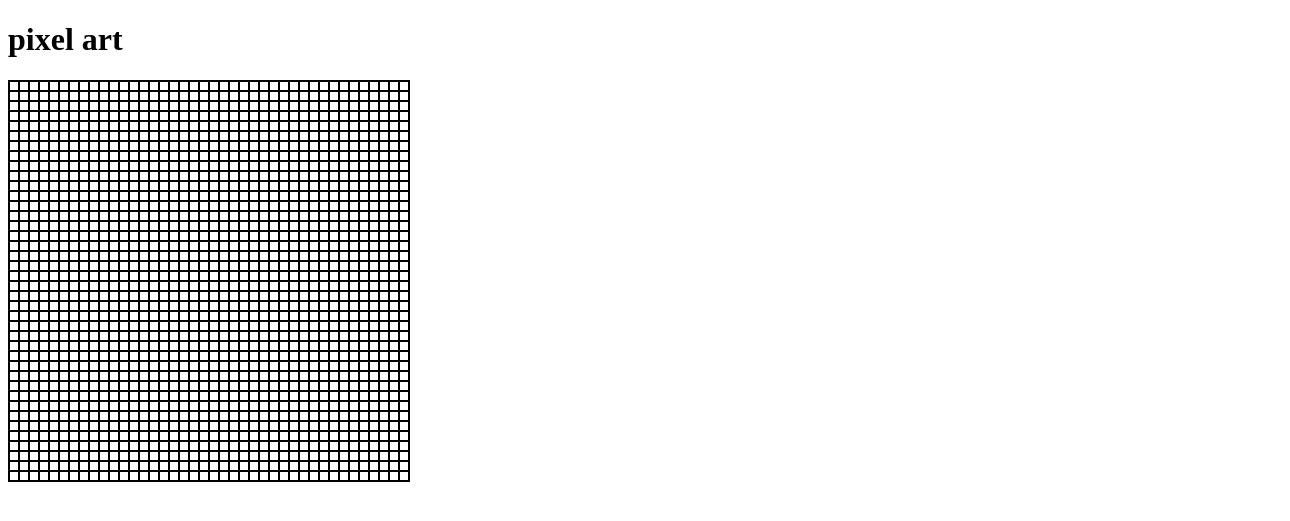
Repository: bechara611/pixelartdb
Page: /
These files come from the project's save history. The page is drawn as it stood at one moment and after the next save; the edit follows.
The browser window is 1280 px wide. The page is 1280 px wide, then 1290 px, so the pictures cover 1290 px, including what lies to the right of the window. The pictures show the whole page.
The project was rebuilt for these pictures with package versions that can differ from the ones it lists, and the page was loaded fresh each time. Also part of the build but not shown: vite.config.js.

Above is the page before, as saved 2023-03-05 20:35:00.

### src/main.jsx
import React from 'react'
import ReactDOM from 'react-dom/client'
import App from './App'


ReactDOM.createRoot(document.getElementById('root')).render(

    <App />

)

### src/App.jsx

import { useEffect, useState } from 'react'
import './App.css'
import { Pixel } from './Pixel'

const App=()=> {
  const [tamano, settamano] = useState({
    t:10,
    h:1,
    w:1
  })
const  [pixels, setPixels] = useState([])

useEffect(() => {
  let contenedor = document.getElementById('contenedor')
console.log(contenedor.offsetHeight)
console.log(contenedor.offsetWidth)
let row = Math.floor(contenedor.offsetHeight/10)
let col = Math.floor(contenedor.offsetWidth/10);
setPixels(Array.from({length:row*col}))
}, [])

const funcionArray=(index)=>{
  let nuevoArray = [...pixels]
  console.log(index)
 console.log(!nuevoArray[index])
}

  return (
    <>
      <h1>pixel art</h1>

      <div className="contenedor" id='contenedor'>
      {
        pixels.map((a,index)=>{
          return <Pixel key={index}
                  funcion={()=>funcionArray(index)}
          ></Pixel>
        })
      }

      </div>
    </>
  )
}

export default App

### src/App.css
.pixel {
  width: 10px;
  height: 10px;
  border: 1px solid black;

  box-sizing: border-box;

}

.active {
  background: green;
}

.contenedor {

  display: flex;
  flex-direction: row;
  flex-wrap: wrap;
  width: 400px;
  height: 400px;
  max-height: 400px;
  min-height: 400px;
  border: 1px solid black;

}

### src/Pixel.jsx
import React, { useState } from 'react'
import './App.css'
import {selectableGroup, createSelectable} from 'react-selectable-fast'
export const Pixel = (props) => {
    const [isActive, setisActive] = useState(false)
  return (

 <div className={`pixel ${props.active ? 'active' : ''}`} style={{ background:props.active ? props.color : ''}}
 onClick={()=>{
    setisActive(!isActive)
    props.funcion();
}}
onMouseDown={()=>{props.onMouseDown()}}
onMouseUp={()=>{props.onMouseUp()}}
onTouchEnd={()=>{props.onMouseUp()}}
onMouseOver={()=>{props.onMouseOver()}}
onTouchStart={()=>{{
    props.onMouseDown()
    props.onMouseOver()}}}
 >

 </div>
  )
}

Loaded but not shown: index.html (common file)

After the next save:
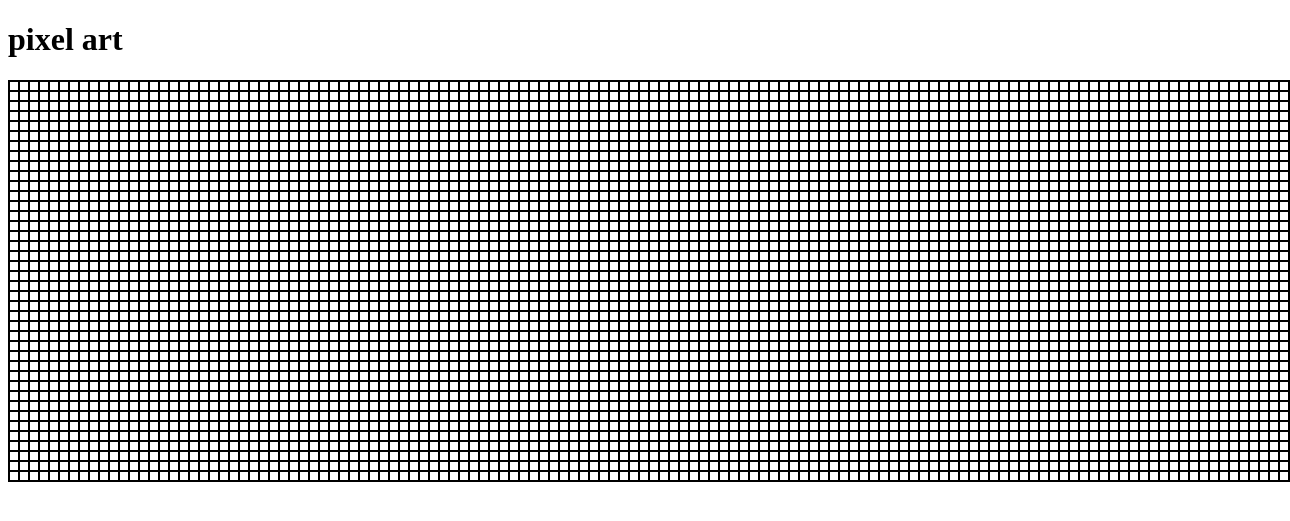
Saved 35 s later.
--- a/src/App.css
+++ b/src/App.css
@@ -16,7 +16,7 @@
   display: flex;
   flex-direction: row;
   flex-wrap: wrap;
-  width: 400px;
+  width: 100vw;
   height: 400px;
   max-height: 400px;
   min-height: 400px;
